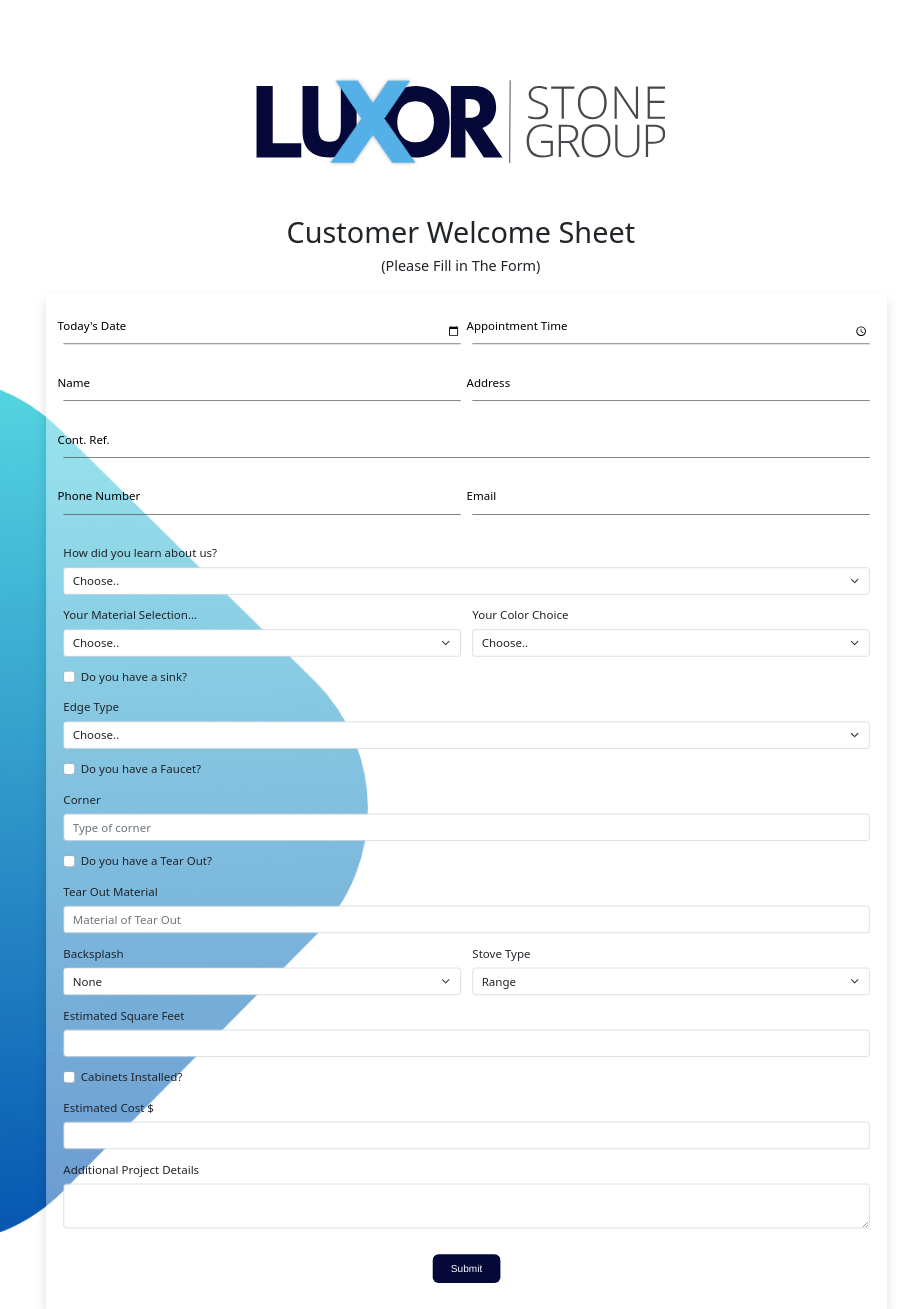
Repository: aya7abbal/Luxor-Customer-Form
Page: index.html
The author's editor kept a copy of each file at every save. The page is drawn from the files as they stood at one save, then again after the next save.
The browser window is 1280 px wide. The pictures show the whole page, at 72% of full size.
The style sheet was rebuilt from its Sass, Less or Tailwind sources for each picture, by a compiler version that may differ from the author's.

Above is the page before, as saved 2023-10-20 22:21:08.

After the next save:
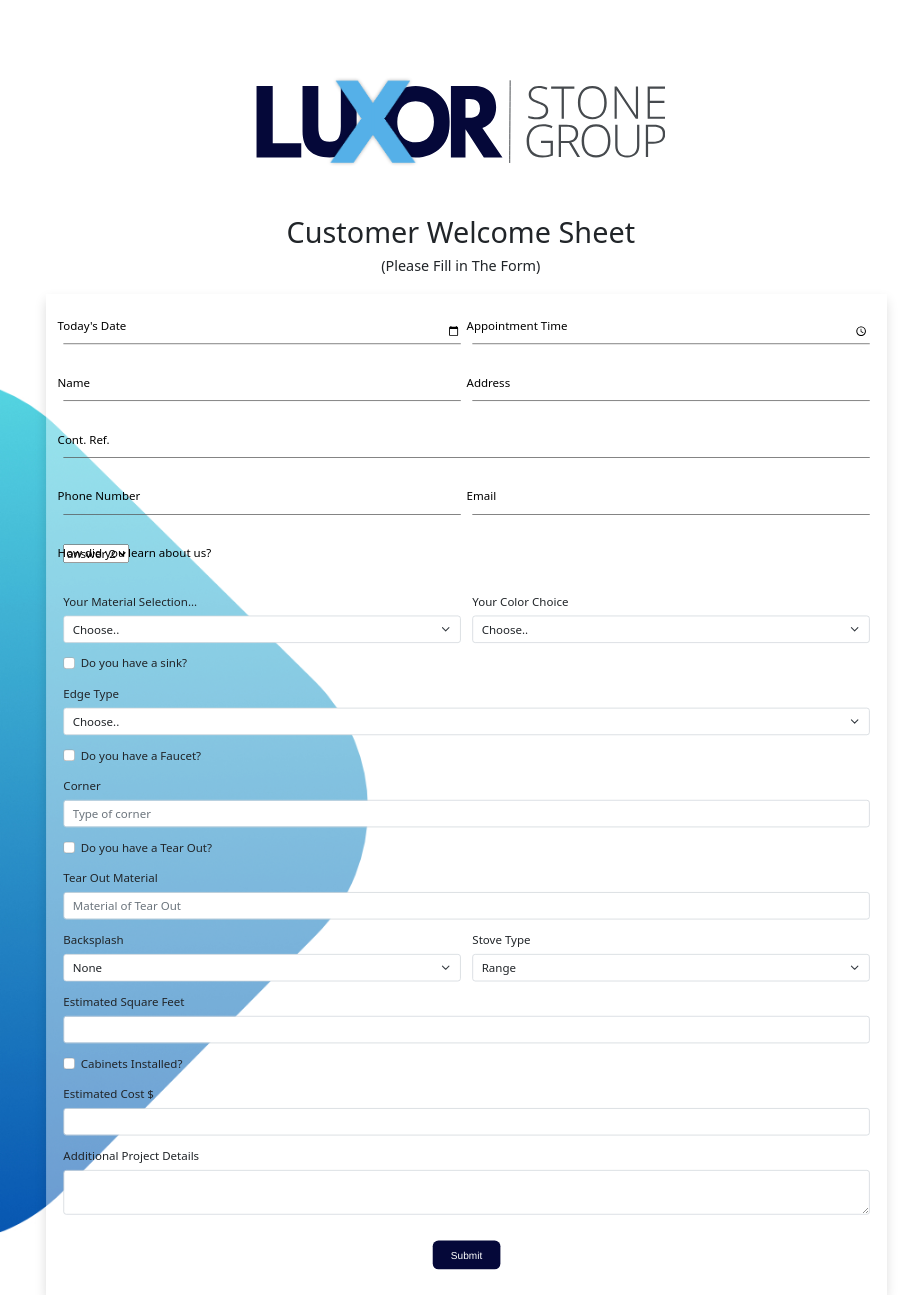
Saved 38 s later.
--- a/index.html
+++ b/index.html
@@ -82,14 +82,14 @@
         </div>
         <!-- Learn
     how -->
-        <div class="col-12">
-          <label for="learnHow" class="form-label"
+        <div class="col-12 input-container">
+            <select id="learnHow"  required
+              <option selected>Choose..</option>
+              <option>answer 2</option>
+            </select>
+          <label for="learnHow"
             >How did you learn about us?</label
           >
-          <select id="learnHow" class="form-select">
-            <option selected>Choose..</option>
-            <option>answer 2</option>
-          </select>
         </div>
         <!-- Material Selection -->
         <div class="col-md-6">
